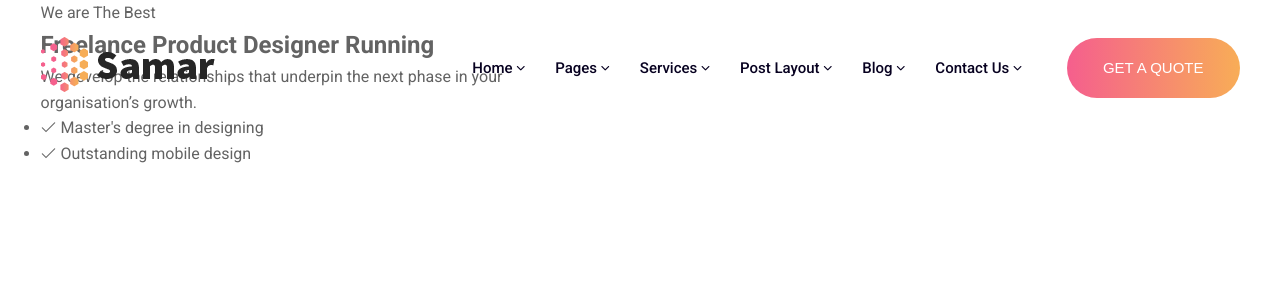
Repository: ducdatit2002/samar
Page: index.html
An editor plug-in stored every save of this project. The page is shown before and after the next save, followed by the edit.
The browser window is 1280 px wide. The pictures show the whole page.

Above is the page before, as saved 2023-07-26 23:27:38.

After the next save:
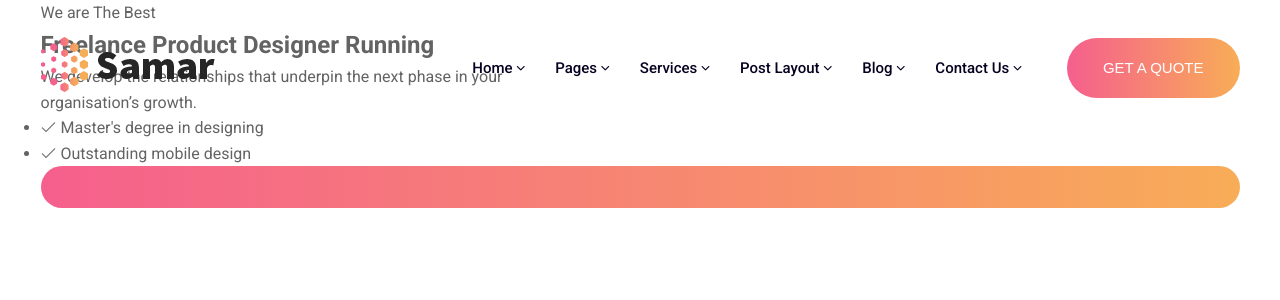
Saved 17 s later.
--- a/index.html
+++ b/index.html
@@ -110,6 +110,9 @@
                   Outstanding mobile design
                 </li>
               </ul>
+              <div class="btn-gradient">
+
+              </div>
             </div>
           </div>
         </div>
